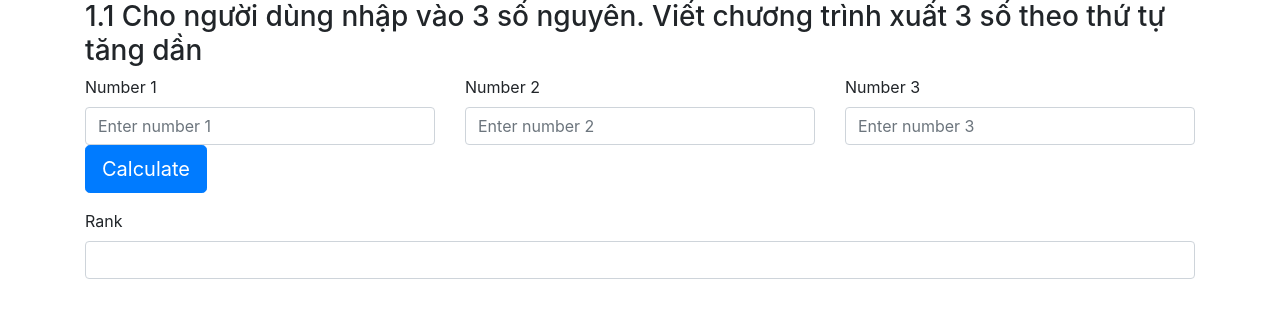
Repository: baobaodeveloper/bootscamp21__jsbasic__HuynhAnhBao
Page: index.html
These files come from the project's save history. The page is drawn as it stood at one moment and after the next save; the edit follows.
The browser window is 1280 px wide. The pictures show the whole page.

Above is the page before, as saved 2022-03-09 23:07:40.

### index.html
<!DOCTYPE html>
<html lang="en">
  <head>
    <title>javaScript basic</title>
    <!-- Required meta tags -->
    <meta charset="utf-8" />
    <meta
      name="viewport"
      content="width=device-width, initial-scale=1, shrink-to-fit=no"
    />

    <!-- Bootstrap CSS -->
    <link
      rel="stylesheet"
      href="https://stackpath.bootstrapcdn.com/bootstrap/4.3.1/css/bootstrap.min.css"
      integrity="sha384-ggOyR0iXCbMQv3Xipma34MD+dH/1fQ784/j6cY/iJTQUOhcWr7x9JvoRxT2MZw1T"
      crossorigin="anonymous"
    />
  </head>
  <body>
    <div class="container">
      <h3>
        1.1 Cho người dùng nhập vào 3 số nguyên. Viết chương trình xuất 3 số
        theo thứ tự tăng dần
      </h3>

      <div class="row">
        <div class="col">
          <label class="form-label">Number 1</label>
          <input
            type="number"
            class="form-control"
            placeholder="Enter number 1"
          />
        </div>
        <div class="col">
          <label class="form-label">Number 2</label>
          <input
            type="number"
            class="form-control"
            placeholder="Enter number 2"
          />
        </div>
        <div class="col">
          <label class="form-label">Number 3</label>
          <input
            type="number"
            class="form-control"
            placeholder="Enter number 3"
          />
        </div>
      </div>

      <button type="button" class="btn btn-primary btn-lg">Calculate</button>

      <div class="mt-3">
        <label class="form-label text-center">Rank</label>
        <input type="text" class="form-control" />
      </div>
    </div>
    <!-- Optional JavaScript -->
    <!-- jQuery first, then Popper.js, then Bootstrap JS -->
    <script
      src="https://code.jquery.com/jquery-3.3.1.slim.min.js"
      integrity="sha384-q8i/X+965DzO0rT7abK41JStQIAqVgRVzpbzo5smXKp4YfRvH+8abtTE1Pi6jizo"
      crossorigin="anonymous"
    ></script>
    <script
      src="https://cdnjs.cloudflare.com/ajax/libs/popper.js/1.14.7/umd/popper.min.js"
      integrity="sha384-UO2eT0CpHqdSJQ6hJty5KVphtPhzWj9WO1clHTMGa3JDZwrnQq4sF86dIHNDz0W1"
      crossorigin="anonymous"
    ></script>
    <script
      src="https://stackpath.bootstrapcdn.com/bootstrap/4.3.1/js/bootstrap.min.js"
      integrity="sha384-JjSmVgyd0p3pXB1rRibZUAYoIIy6OrQ6VrjIEaFf/nJGzIxFDsf4x0xIM+B07jRM"
      crossorigin="anonymous"
    ></script>
  </body>
</html>

After the next save:
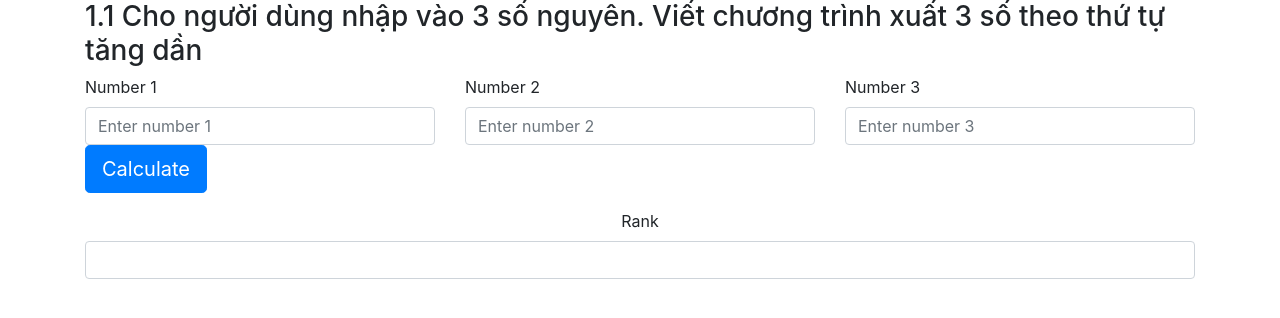
Saved 10 s later.
--- a/index.html
+++ b/index.html
@@ -53,8 +53,8 @@
 
       <button type="button" class="btn btn-primary btn-lg">Calculate</button>
 
-      <div class="mt-3">
-        <label class="form-label text-center">Rank</label>
+      <div class="mt-3 text-center">
+        <label class="form-label">Rank</label>
         <input type="text" class="form-control" />
       </div>
     </div>
